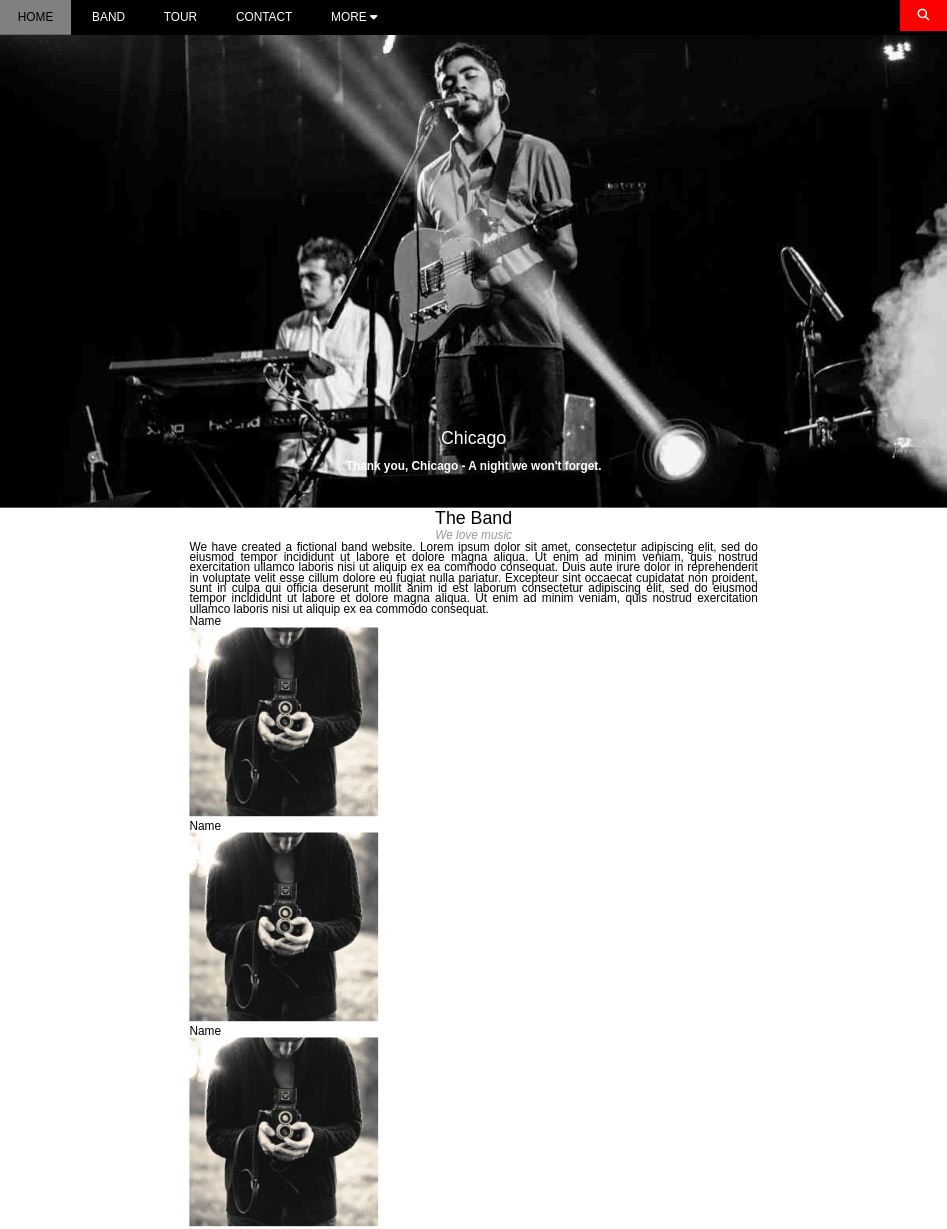
Repository: ngotranphuongbao/theband
Page: index.html
An editor plug-in stored every save of this project. The page is shown before and after the next save, followed by the edit.
The browser window is 1280 px wide. The pictures show the whole page, at 74% of full size.
Some web libraries are served in a nearby version.

Above is the page before, as saved 2022-12-21 19:28:50.

### index.html
<!DOCTYPE html>
<html lang="en">
<head>
    <meta charset="UTF-8">
    <meta http-equiv="X-UA-Compatible" content="IE=edge">
    <meta name="viewport" content="width=device-width, initial-scale=1.0">
    <title>Document</title>
    <link rel="stylesheet" href="./assets/css/style.css">
    <script src="https://kit.fontawesome.com/55a0c61423.js" crossorigin="anonymous"></script>
</head>
<body>
    <div id="main">
        <div id="header">
            <ul id="nav">
                <li><a href="">Home</a></li>
                <li><a href="">Band</a></li>
                <li><a href="">Tour</a></li>
                <li><a href="">Contact</a></li>
                <li>
                    <a href="">
                        More
                        <i class="fa fa-caret-down"></i>
                    </a>
                    <ul id="subnav">
                        <li><a href="">Merchandise</a></li>
                        <li><a href="">Extras</a></li>
                        <li><a href="">Media</a></li>
                    </ul>
                </li>
            </ul>
            <div id="search">
                <i class="fa fa-search"></i>
            </div>
        </div>

        <div id="slider">
            <div id="slider-caption">
                <h3>Chicago</h3>
                <p><b>Thank you, Chicago - A night we won't forget.</b></p>
            </div>

        </div>

        <div id="content">
            <div id="the-band">
                <h2 class="content-title">The Band</h2>
                <p class="content-subtitle">We love music</p>
                <p id="the-band-about">We have created a fictional band website. Lorem ipsum dolor sit amet, consectetur adipiscing elit, sed do eiusmod tempor incididunt ut labore et dolore magna aliqua. Ut enim ad minim veniam, quis nostrud exercitation ullamco laboris nisi ut aliquip ex ea commodo consequat. Duis aute irure dolor in reprehenderit in voluptate velit esse cillum dolore eu fugiat nulla pariatur. Excepteur sint occaecat cupidatat non proident, sunt in culpa qui officia deserunt mollit anim id est laborum consectetur adipiscing elit, sed do eiusmod tempor incididunt ut labore et dolore magna aliqua. Ut enim ad minim veniam, quis nostrud exercitation ullamco laboris nisi ut aliquip ex ea commodo consequat.</p>
                <div id="the-band-member">
                    <div class="member">
                        <p class="member-name">Name</p>
                        <img src="/assets/image/member/bandmember.jpg" alt="" class="member-photo">
                    </div>

                    <div class="member">
                        <p class="member-name">Name</p>
                        <img src="/assets/image/member/bandmember.jpg" alt="" class="member-photo">
                    </div>

                    <div class="member">
                        <p class="member-name">Name</p>
                        <img src="/assets/image/member/bandmember.jpg" alt="" class="member-photo">
                    </div>
                </div>
            </div>

            <div id="tour-dates">

            </div>

            <div id="contact">

            </div>

            <div id="picture">

            </div>

        </div>

        <div id="footer">

        </div>
    </div>

</body>
</html>

### assets/css/style.css
* {
    padding: 0px;
    margin: 0px;
    box-sizing: border-box;
}

html {
    font-family: Arial, Helvetica, sans-serif;
}

#main {

}

#header {
    height: 46.5px;
    background-color: black;
    position: fixed;
    top: 0px;
    left: 0px;
    right: 0px;
    z-index: 1;
}

#nav {
    display: inline-block;
}
#nav > li {
    display: inline-block;
    padding: 12px 24px;
    position: relative;
}

#nav > li > a {
    line-height: 22.5px;
    text-decoration: none;
    text-transform: uppercase;
    color: white;
}

#nav > li:hover {
    background-color: grey;
}

#nav > li:hover > a {
    color: black;
}

#subnav {
    display: none;
    position: absolute;
    top: 45px;
    left: 0px;
    box-shadow: 0px 0px 10px rgba(0, 0, 0, 0.3);
    background-color: white;
}

#subnav > li {
    display: block;
    width: 160px;
    height: 38.5px;
    padding: 8px 16px;
}

#subnav > li:hover {
    background-color: grey;
}

#nav > li:hover > #subnav {
    display: block;
}

#subnav > li > a {
    text-decoration: none;
    color: black;
}

.fa-caret-down {
    width: 8.575px;
    height: 15px;
}

#search {
    float: right;
    padding: 12px 24px;
    background-color: red;
    cursor: pointer;
}

.fa-search {
    line-height: 22.5px;
    color: white;
}
#slider {
    margin-top: 45.6px;
    padding-top: 50%;
    background: url(/assets/image/slider/chicago.jpg) top center / cover no-repeat;
    position: relative;
}

#slider-caption {
    position: absolute;
    bottom: 32px;
    width: 100%;
    text-align: center;
}

#slider-caption > p {
    margin: 15px;
    color: white;
}

#slider-caption > h3 {
    margin-bottom: 10px;
    color: white;
    font-weight: 400;
    font-size: 24px;
}


#content {

}

#the-band {
    width: 768px;
    height: 671.588px;
    margin: auto;
}

.content-title {
    text-align: center;
    font-weight: 400;
}

.content-subtitle {
    text-align: center;
    font-style: italic;
    opacity: 0.4;
}

#the-band-about {
    text-align: justify;
    line-height: 14px;
}
#footer {

}

After the next save:
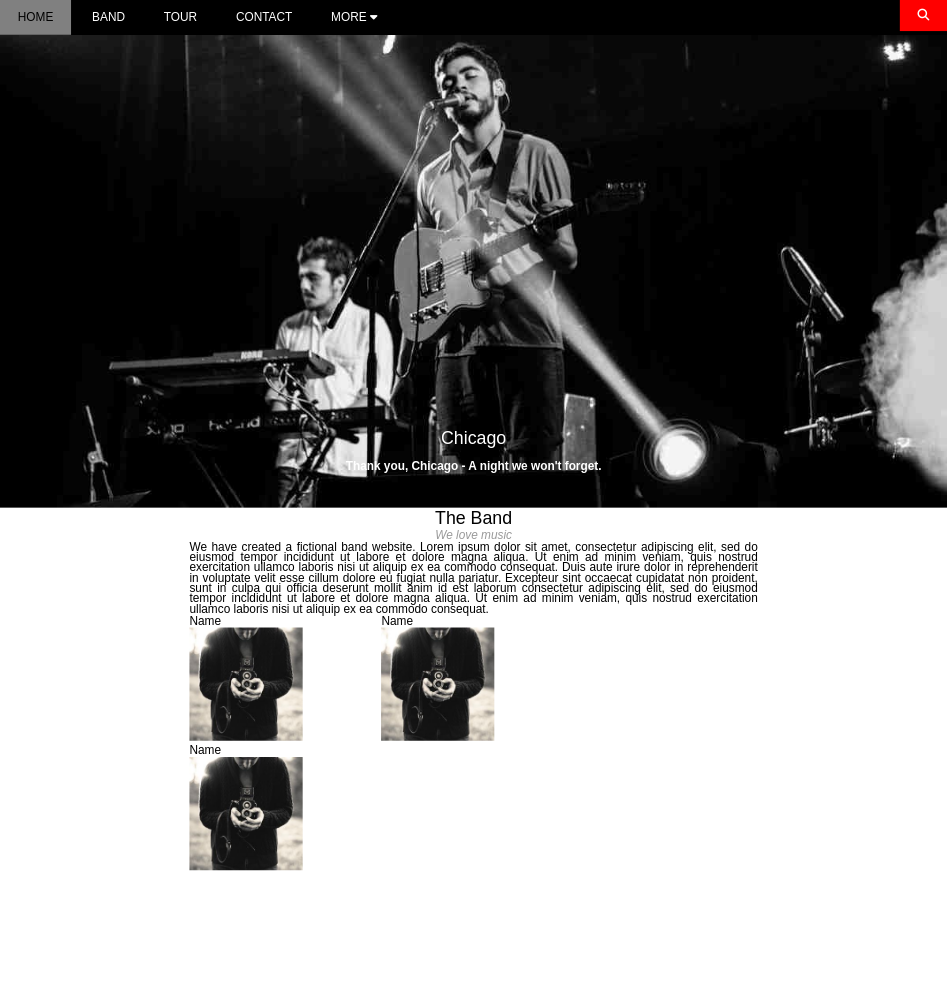
Saved 2 min 32 s later.
--- a/assets/css/style.css
+++ b/assets/css/style.css
@@ -143,6 +143,14 @@ html {
     text-align: justify;
     line-height: 14px;
 }
+
+.member {
+    display: inline-block;
+}
+.member-photo {
+    width: 60%;
+
+}
 #footer {
 
 }
